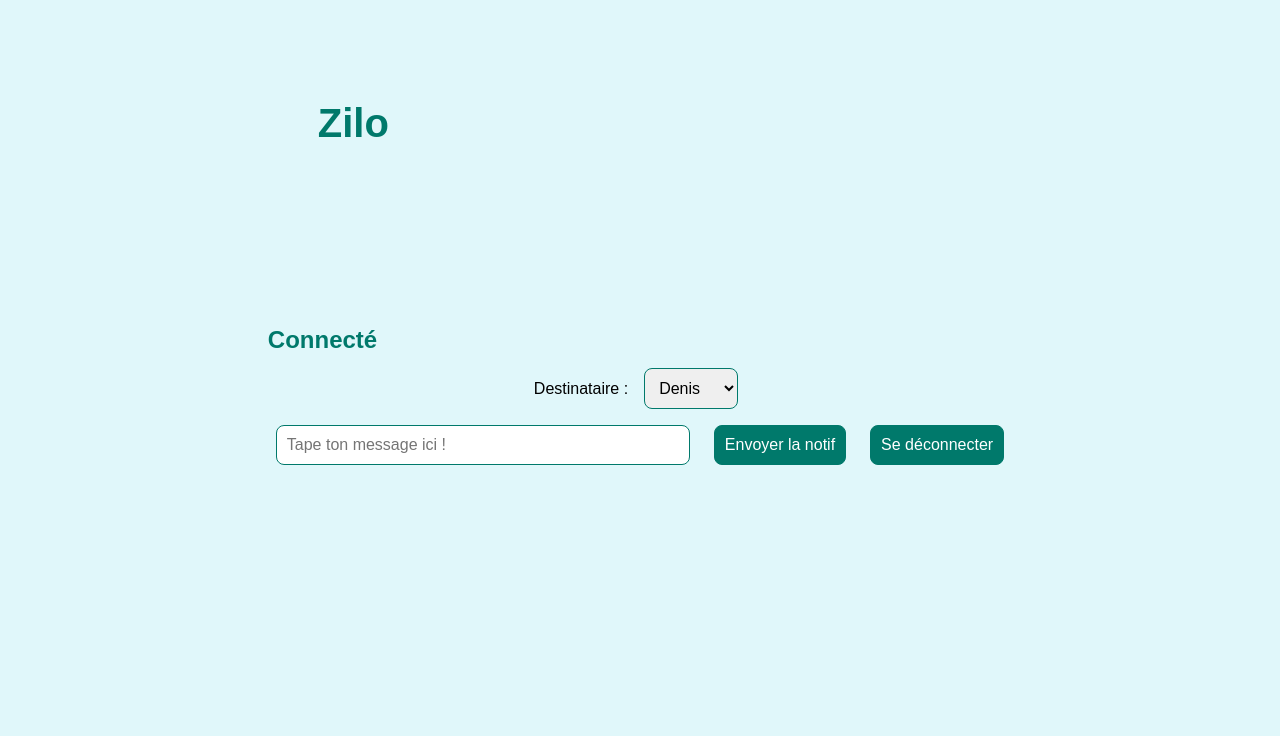
Repository: nlagardere/LumoNet
Page: public/index.html
An editor plug-in stored every save of this project. The page is shown before and after a run of saves, followed by the edit.
The browser window is 1280 px wide. The pictures show the whole page.

Above is the page before, as saved 2025-08-18 20:00:28.

### public/index.html
<!DOCTYPE html>
<html lang="fr">
<head>
  <meta charset="UTF-8" />
  <meta name="viewport" content="width=device-width, initial-scale=1.0" />
  <title>Zilo</title>
  <style>
    body {
      font-family: Arial, sans-serif;
      display:flex; flex-direction:column;
      align-items:center; justify-content:center;
      height:100vh; background:#e0f7fa;
    }

    h1, h2 {
      color:#00796b;
      margin:6px 0;
    }

    select, input, button {
      margin:8px;
      padding:10px;
      font-size:16px;
      border-radius:8px;
      border:1px solid #00796b;
    }

    button {
      background:#00796b;
      color:#fff;
      cursor:pointer;
    }

    button:hover{
      background:#004d40;
    }

    .row{
      display:flex;
      gap:8px;
      flex-wrap:wrap;
      align-items:center;
      justify-content:center;
    }


     .card h1 {
      font-size:2.5em;
      margin-bottom:12px;
      position: relative;
      top: -80%;
      left: 50px
     }


  </style>
</head>
<body>
  <div class="card">
    <h1>Zilo</h1>
    <h2 id="welcome">Connecté</h2>

    <div class="row">
      <label for="recipient">Destinataire :</label>
      <select id="recipient">
        <option value="denis">Denis</option>
        <option value="nathan">Nathan</option>
      </select>
    </div>

    <div class="row">
      <input id="message" type="text" placeholder="Tape ton message ici !" size="40" />
      <button id="send">Envoyer la notif</button>
      <button id="logout">Se déconnecter</button>
    </div>
  </div>

  <script>
    const messageInput = document.getElementById('message');

    async function send(){
      const recipient = document.getElementById('recipient').value;
      const message = messageInput.value.trim();
      if(!message){ alert('Écris un message !'); return; }

      const res = await fetch('/api/send', {
        method:'POST', headers:{'Content-Type':'application/json'},
        body: JSON.stringify({ recipient, message })
      });
      const data = await res.json();
      if(data.ok){
        messageInput.value = '';
        alert('Notification envoyée !');
      } else {
        if(res.status === 401){
          // non connecté → renvoie vers la connexion
          window.location.href = '/login.html';
        } else {
          alert('Erreur : ' + (data.error||'inconnue'));
        }
      }
    }

    async function logout(){
      await fetch('/api/logout');
      window.location.href = '/login.html';
    }

    document.getElementById('send').addEventListener('click', send);
    document.getElementById('logout').addEventListener('click', logout);
    messageInput.addEventListener('keydown', e => { if(e.key==='Enter') send(); });
  </script>
</body>
</html>

After the next 2 saves:
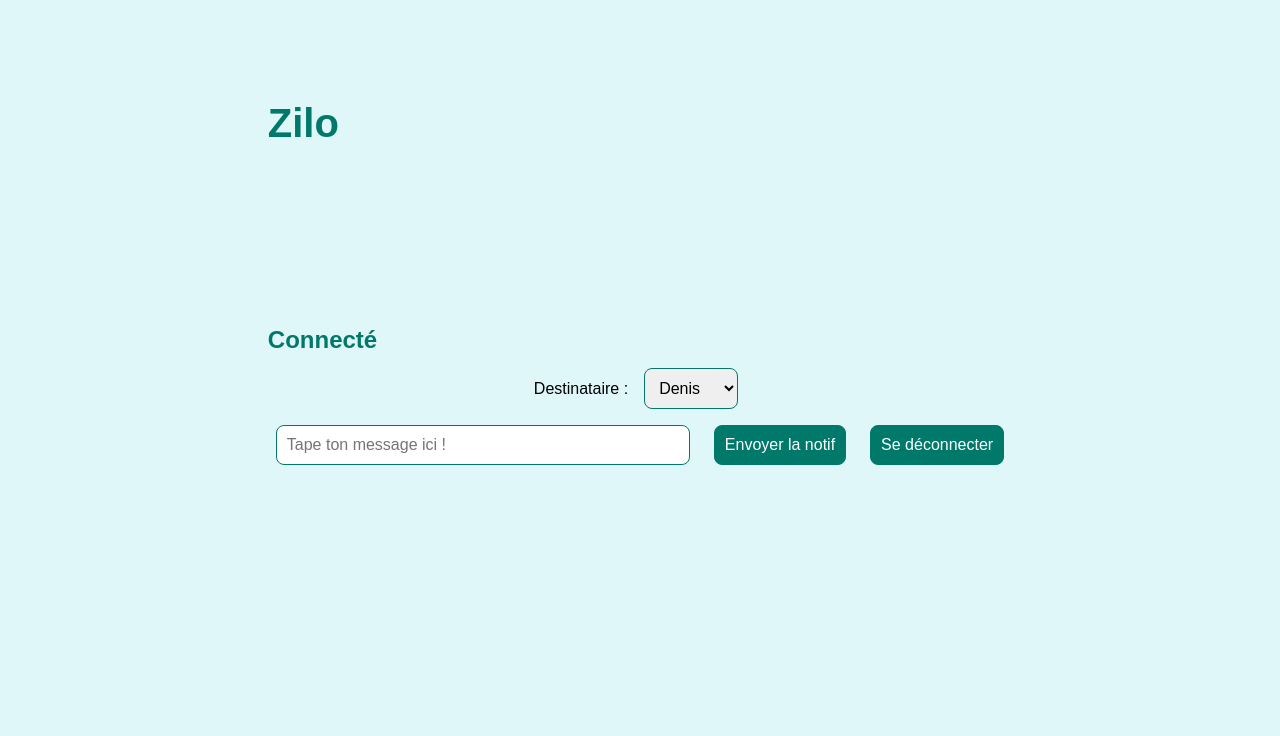
The 2 saves are shown as one change because they came seconds apart.
The last was saved 8 s later.
--- a/public/index.html
+++ b/public/index.html
@@ -49,7 +49,7 @@
       margin-bottom:12px;
       position: relative;
       top: -80%;
-      left: 50px
+      left: 50;
      }
 
 
